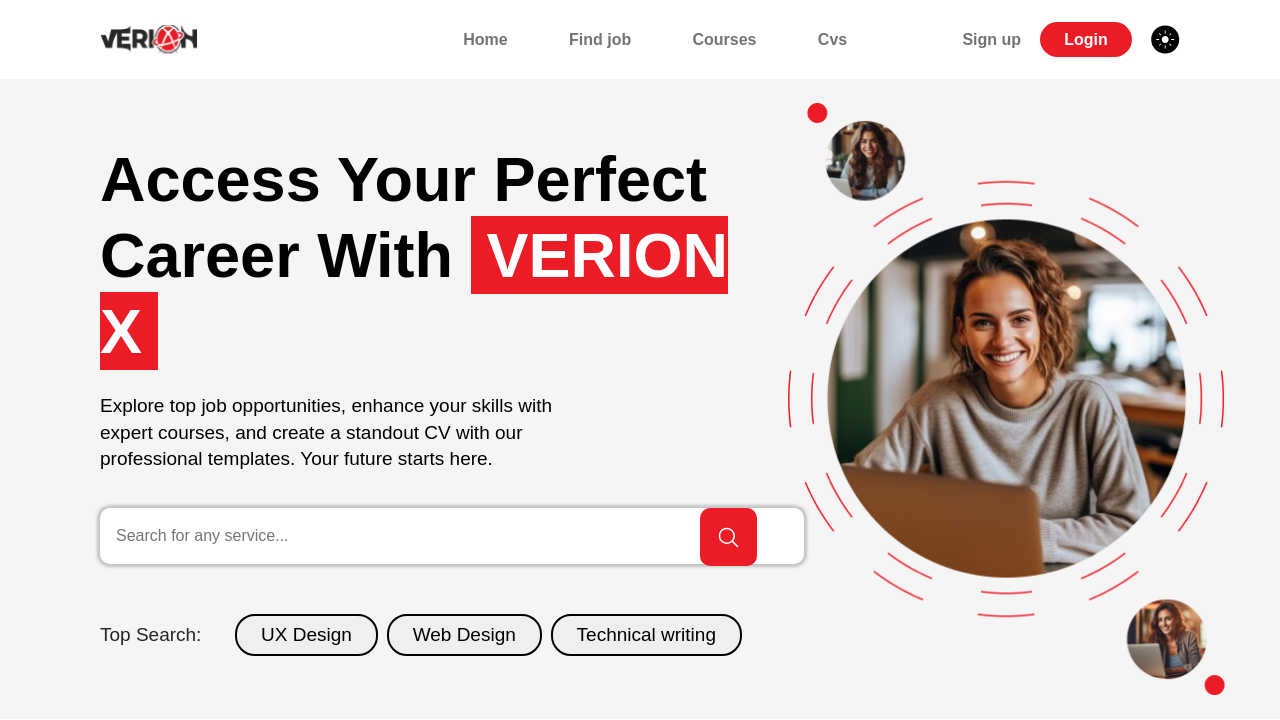
Repository: SahMenz/verionX
Page: /
An editor plug-in stored every save of this project. The page is shown before and after the next save, followed by the edit.
The browser window is 1280 px wide. The pictures show the whole page.
The project was rebuilt for these pictures with package versions that can differ from the ones it lists, and the page was loaded fresh each time. Also part of the build but not shown: vite.config.js.

Above is the page before, as saved 2024-06-14 22:40:15.

After the next save:
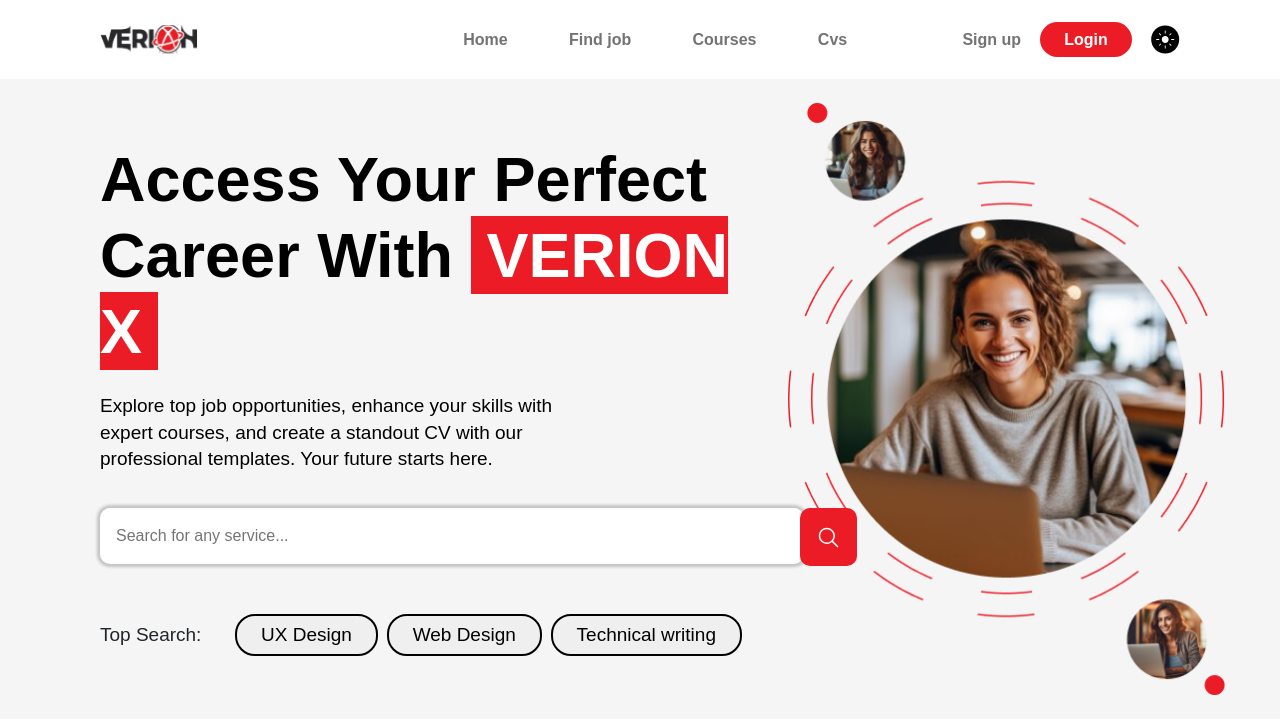
Saved 5 s later.
--- a/src/components/home/hero/hero.jsx
+++ b/src/components/home/hero/hero.jsx
@@ -11,7 +11,7 @@ function Hero() {
             </div>
             <div className="search-container mb-5">
                 <input type="text" placeholder="Search for any service..."  style={{width:"55vw",maxWidth:"733px",position:'absolute',borderRadius:"10px", boxShadow: "0px 0px 3px 3px rgba(0, 0, 0, 0.2)"}} className='p-3'/>
-                <button className="bg-eb p-3" style={{position:'relative', left:"600px", borderRadius:"10px", border:"none", }}><CustomSvg name="search"/></button>
+                <button className="bg-eb p-3" style={{position:'relative', left:"700px", borderRadius:"10px", border:"none", }}><CustomSvg name="search"/></button>
             </div>
             <div className='d-none align-items-center justify-content-between d-xl-flex'style={{width:"642px"}} >
                 <div className='txt-19 lh-26 txt-500'>Top Search:</div>
